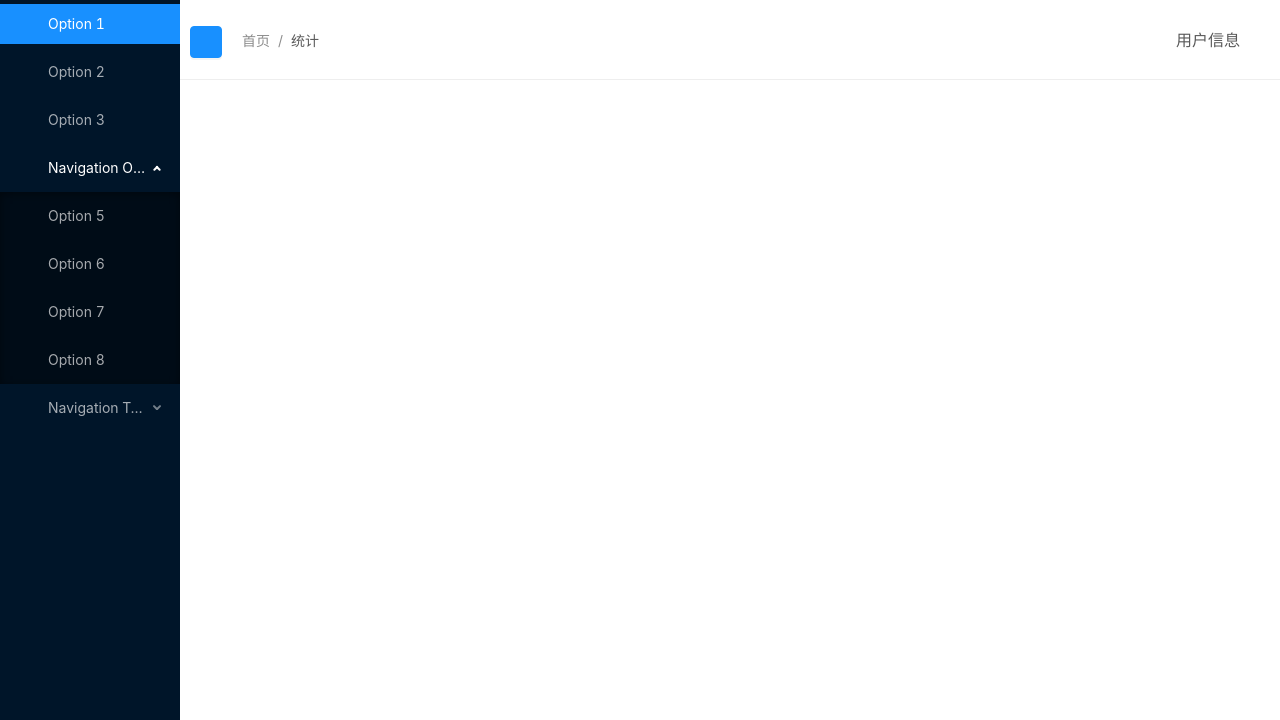
Repository: Ysleave/mall-app
Page: /
These files come from the project's save history. The page is drawn as it stood at one moment and after the next save; the edit follows.
The browser window is 1280 px wide. The pictures show the whole page.
The project was rebuilt for these pictures with package versions that can differ from the ones it lists, and the page was loaded fresh each time.

Above is the page before, as saved 2021-01-15 22:05:26.

After the next save:
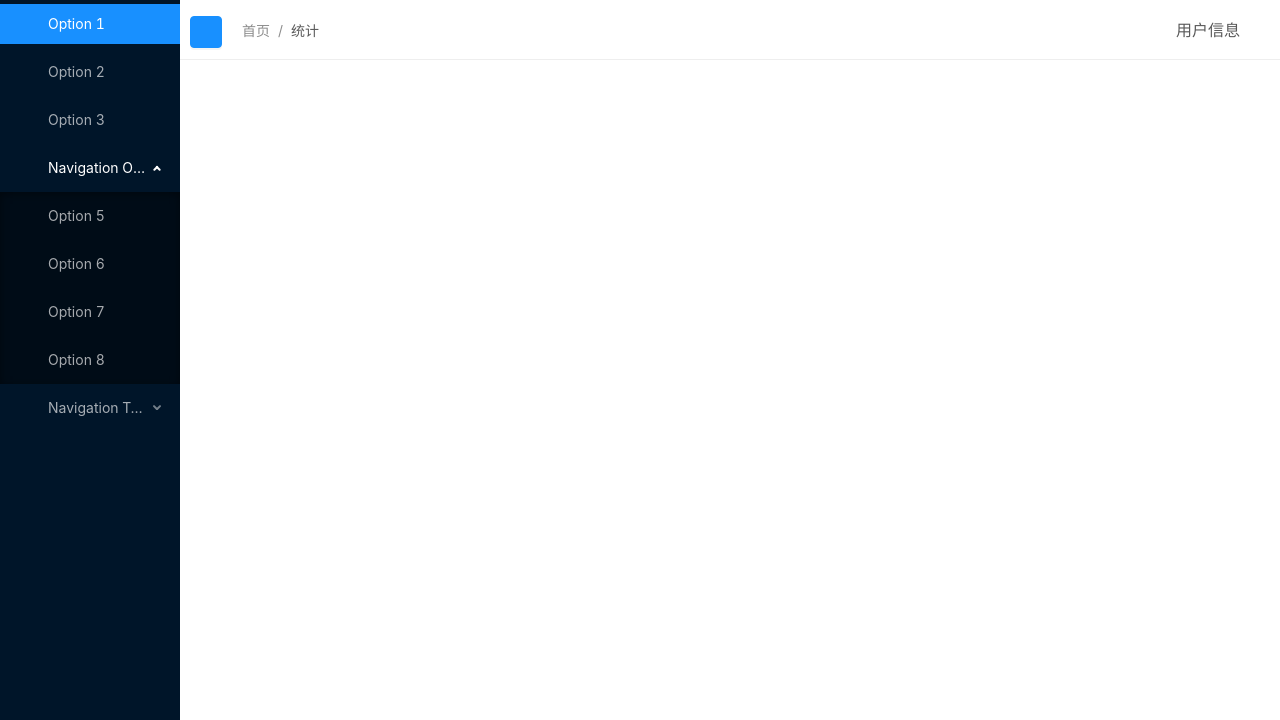
Saved 69 s later.
--- a/src/views/home.vue
+++ b/src/views/home.vue
@@ -48,8 +48,8 @@ export default {
       margin-left: 80px;
     }
     .headWrapper {
-      height: 80px;
-      line-height: 80px;
+      height: 60px;
+      line-height: 60px;
       padding-left: 10px;
       padding-right: 20px;
       border-bottom: 1px solid #eee;
